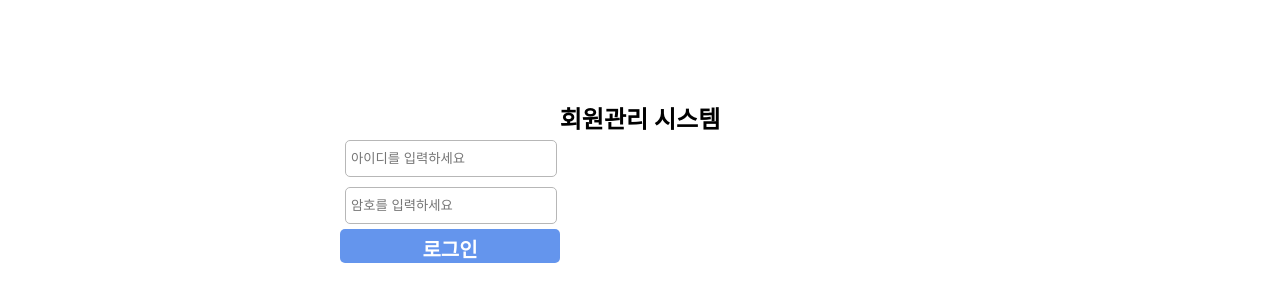
Repository: cdnwell/Jsp
Page: http://localhost/MemberProjectRe01/
These files come from the project's save history. The page is drawn as it stood at one moment and after the next save; the edit follows.
The browser window is 1280 px wide. The pictures show the whole page.
The page is served by Tomcat 9. Other server files are loaded and not shown.

Above is the page before, as saved 2022-07-05 11:48:24.

### MemberProjectRe01/src/main/webapp/index.jsp
<%@ page language="java" contentType="text/html; charset=UTF-8"
    pageEncoding="UTF-8"%>
<!DOCTYPE html>
<html>
<head>
<meta charset="UTF-8">
<title>Insert title here</title>
<style>
	*{
		margin : 0px;
		padding : 0px;
	}

	#container{
		width : 600px;
		margin : 100px auto;
		display : flex;
		flex-direction : column;
		text-align : center;
	}

	input{
		display : inline-block;
		width : 200px;
		height : 25px;
		padding : 5px;
		margin : 5px;
		outline : none;
		border : 1px solid #b7b7b7;
		border-radius : 5px;
	}

	button{
		display : inline-block;
		width : 220px;
		height :34px;
		padding : 5px;
		font-size : 20px;
		font-weight : bold;
		color : white;
		border : none;
		border-radius : 5px;
		background-color : cornflowerblue;
	}
</style>
</head>
<body>
	<div id="container">
		<h2>회원관리 시스템</h2>
		<input type="text" name="id" placeholder="아이디를 입력하세요">
		<input type="password" name="pass" placeholder="암호를 입력하세요">
		<button>로그인</button>
	</div>
</body>
</html>

After the next save:
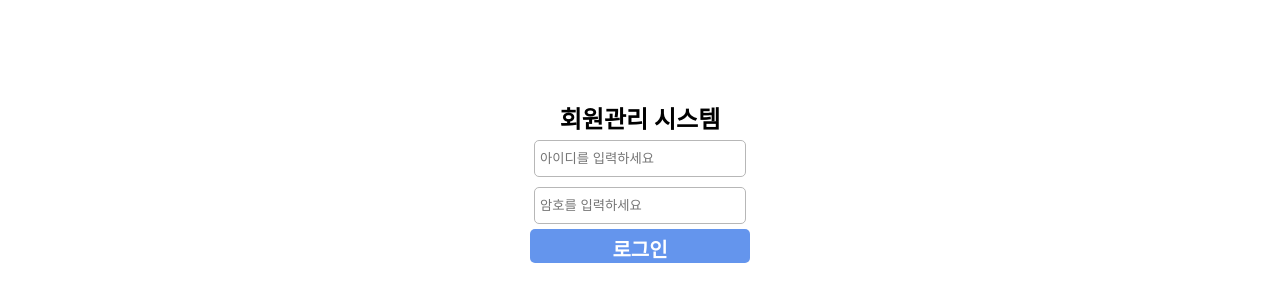
Saved 18 s later.
--- a/MemberProjectRe01/src/main/webapp/index.jsp
+++ b/MemberProjectRe01/src/main/webapp/index.jsp
@@ -17,6 +17,7 @@
 		display : flex;
 		flex-direction : column;
 		text-align : center;
+		align-items : center;
 	}
 
 	input{

After the save that followed:
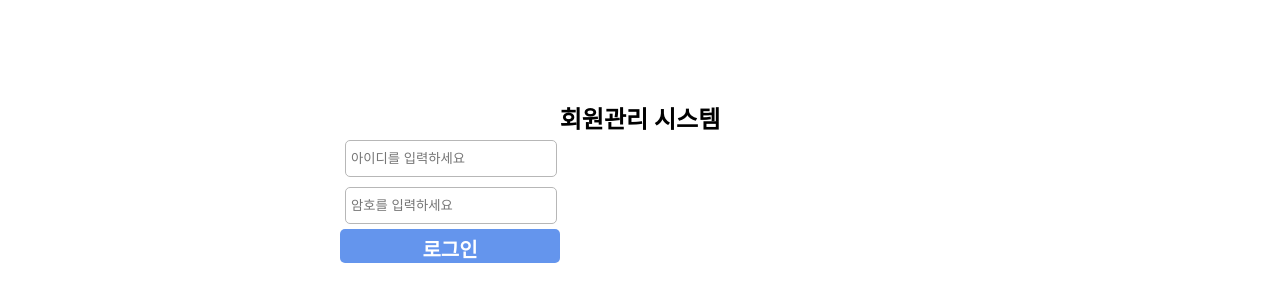
Saved 78 s later.
--- a/MemberProjectRe01/src/main/webapp/index.jsp
+++ b/MemberProjectRe01/src/main/webapp/index.jsp
@@ -17,7 +17,7 @@
 		display : flex;
 		flex-direction : column;
 		text-align : center;
-		align-items : center;
+		justify-content: center;
 	}
 
 	input{
